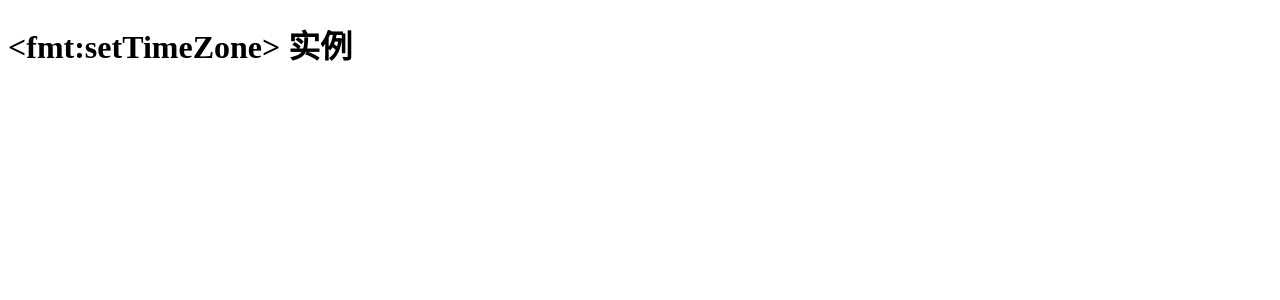
Repository: eterinfi/java
Page: http://localhost/JSPDemo/JSTLDemo/fmt/fmt_setTimeZone.jsp
The author's editor kept a copy of each file at every save. The page is drawn from the files as they stood at one save, then again after the next save.
The browser window is 1280 px wide. The pictures show the whole page.
The page is served by Tomcat 9. Other server files are loaded and not shown.

Above is the page before, as saved 2016-11-15 14:40:02.

### jee/JSPDemo/WebContent/JSTLDemo/fmt/fmt_setTimeZone.jsp
<%@ page language="java" contentType="text/html; charset=UTF-8"
    pageEncoding="UTF-8"%>
<%@ taglib prefix="c" uri="http://java.sun.com/jsp/jstl/core" %>
<%@ taglib prefix="fmt" uri="http://java.sun.com/jsp/jstl/fmt" %>
<!DOCTYPE html PUBLIC "-//W3C//DTD HTML 4.01 Transitional//EN" "http://www.w3.org/TR/html4/loose.dtd">
<html>
<head>
  <meta http-equiv="Content-Type" content="text/html; charset=UTF-8">
  <title>JSTL fmt:setTimeZone 标签实例</title>
</head>
<body>
  <h1>&lt;fmt:setTimeZone&gt; 实例</h1>

After the next save:
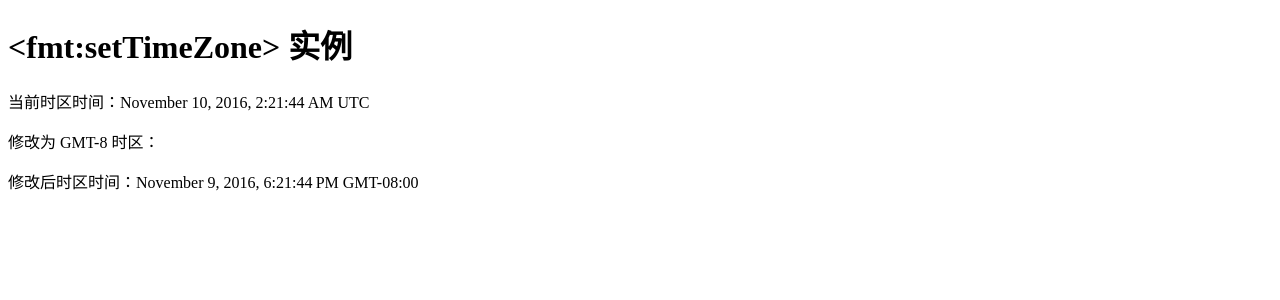
Saved 4 min 13 s later.
--- a/jee/JSPDemo/WebContent/JSTLDemo/fmt/fmt_setTimeZone.jsp
+++ b/jee/JSPDemo/WebContent/JSTLDemo/fmt/fmt_setTimeZone.jsp
@@ -10,3 +10,12 @@
 </head>
 <body>
   <h1>&lt;fmt:setTimeZone&gt; 实例</h1>
+  <c:set var="now" value="<%= new java.util.Date() %>" />
+  <p>当前时区时间：<fmt:formatDate value="${now}" type="both"
+                                  timeStyle="long" dateStyle="long" /></p>
+  <p>修改为 GMT-8 时区：</p>
+  <fmt:setTimeZone value="GMT-8" />
+  <p>修改后时区时间：<fmt:formatDate value="${now}" type="both"
+                                    timeStyle="long" dateStyle="long" /></p>
+</body>
+</html>
